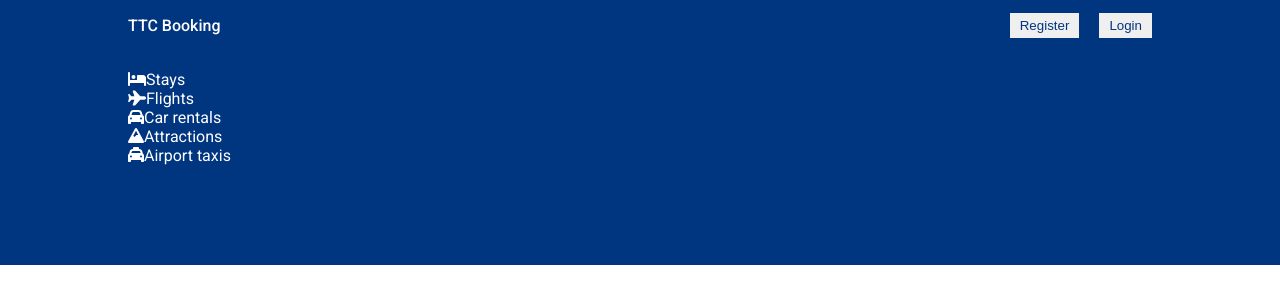
Repository: CarsonDev1/booking-app
Page: /
The author's editor kept a copy of each file at every save. The page is drawn from the files as they stood at one save, then again after the next save.
The browser window is 1280 px wide. The pictures show the whole page.
The project was rebuilt for these pictures with package versions that can differ from the ones it lists, and the page was loaded fresh each time. Also part of the build but not shown: src/pages/home/home.css, src/pages/hotel/Hotel.jsx, src/pages/list/List.jsx.

Above is the page before, as saved 2022-12-03 00:36:50.

### public/index.html
<!DOCTYPE html>
<html lang="en">

<head>
  <meta charset="utf-8" />
  <link rel="icon" href="%PUBLIC_URL%/favicon.ico" />
  <meta name="viewport" content="width=device-width, initial-scale=1" />
  <meta name="theme-color" content="#000000" />
  <meta name="description" content="Web site created using create-react-app" />
  <link rel="apple-touch-icon" href="%PUBLIC_URL%/logo192.png" />
  <!--
      manifest.json provides metadata used when your web app is installed on a
      user's mobile device or desktop. See https://developers.google.com/web/fundamentals/web-app-manifest/
    -->
  <link rel="manifest" href="%PUBLIC_URL%/manifest.json" />
  <link rel="preconnect" href="https://fonts.googleapis.com">
  <link rel="preconnect" href="https://fonts.gstatic.com" crossorigin>
  <link
    href="https://fonts.googleapis.com/css2?family=Poppins:ital,wght@0,400;0,500;0,600;0,700;0,800;1,400;1,500;1,600;1,700&family=Roboto:ital,wght@0,300;0,400;0,500;0,700;1,300;1,400;1,500;1,700&display=swap"
    rel="stylesheet">
  <!--
      Notice the use of %PUBLIC_URL% in the tags above.
      It will be replaced with the URL of the `public` folder during the build.
      Only files inside the `public` folder can be referenced from the HTML.

      Unlike "/favicon.ico" or "favicon.ico", "%PUBLIC_URL%/favicon.ico" will
      work correctly both with client-side routing and a non-root public URL.
      Learn how to configure a non-root public URL by running `npm run build`.
    -->
  <title>React App</title>
</head>

<body>
  <noscript>You need to enable JavaScript to run this app.</noscript>
  <div id="root"></div>
  <!--
      This HTML file is a template.
      If you open it directly in the browser, you will see an empty page.

      You can add webfonts, meta tags, or analytics to this file.
      The build step will place the bundled scripts into the <body> tag.

      To begin the development, run `npm start` or `yarn start`.
      To create a production bundle, use `npm run build` or `yarn build`.
    -->
</body>

</html>

### src/index.css
body {
	margin: 0;
	padding: 0;
	box-sizing: border-box;
	font-family: "Roboto", sans-serif;
}

### src/App.js
import { BrowserRouter, Routes, Route } from "react-router-dom";
import Home from "./pages/home/Home";
import Hotel from "./pages/hotel/Hotel";
import List from "./pages/list/List";
function App() {
	return (
		<BrowserRouter>
			<Routes>
				<Route path="/" element={<Home />} />
				<Route path="/hotels" element={<List />} />
				<Route path="/hotels/:id" element={<Hotel />} />
			</Routes>
		</BrowserRouter>
	);
}

export default App;

### src/pages/home/Home.jsx
import Header from "../../components/header/Header";
import Navbar from "../../components/navbar/Navbar";
import "./home.css";

const Home = () => {
	return (
		<div>
			<Navbar />
			<Header />
		</div>
	);
};

export default Home;

### src/components/header/Header.jsx
import {
	faBed,
	faCar,
	faMountain,
	faPlane,
	faTaxi,
} from "@fortawesome/free-solid-svg-icons";
import { FontAwesomeIcon } from "@fortawesome/react-fontawesome";
import "./header.css";

const Header = () => {
	return (
		<div className="header">
			<div className="headerContainer">
				<div className="headerList">
					<div className="headerListItem">
						<FontAwesomeIcon icon={faBed} />
						<span>Stays</span>
					</div>
					<div className="headerListItem">
						<FontAwesomeIcon icon={faPlane} />
						<span>Flights</span>
					</div>
					<div className="headerListItem">
						<FontAwesomeIcon icon={faCar} />
						<span>Car rentals</span>
					</div>
					<div className="headerListItem">
						<FontAwesomeIcon icon={faMountain} />
						<span>Attractions</span>
					</div>
					<div className="headerListItem">
						<FontAwesomeIcon icon={faTaxi} />
						<span>Airport taxis</span>
					</div>
				</div>
			</div>
		</div>
	);
};

export default Header;

### src/components/navbar/Navbar.jsx
import "./navbar.css";

const NavBar = () => {
	return (
		<div className="navbar">
			<div className="navContainer">
				<span className="logo">TTC Booking</span>
				<div className="navItems">
					<button className="navButton">Register</button>
					<button className="navButton">Login</button>
				</div>
			</div>
		</div>
	);
};

export default NavBar;

### src/components/header/header.css
.header {
	background-color: #003580;
	color: white;
	display: flex;
	justify-content: center;
}
.headerContainer {
	width: 100%;
	max-width: 1024px;
	margin: 20px 0px 100px 0px;
}

### src/components/navbar/navbar.css
.navbar {
	height: 50px;
	background-color: #003580;
	display: flex;
	justify-content: center;
}
.navContainer {
	width: 100%;
	max-width: 1024px;
	color: white;
	display: flex;
	align-items: center;
	justify-content: space-between;
}
.logo {
	font-weight: 500;
}
.navButton {
	margin-left: 20px;
	border: none;
	padding: 5px 10px;
	cursor: pointer;
	color: #003580;
}

Loaded but not shown: src/index.js (common file)

After the next save:
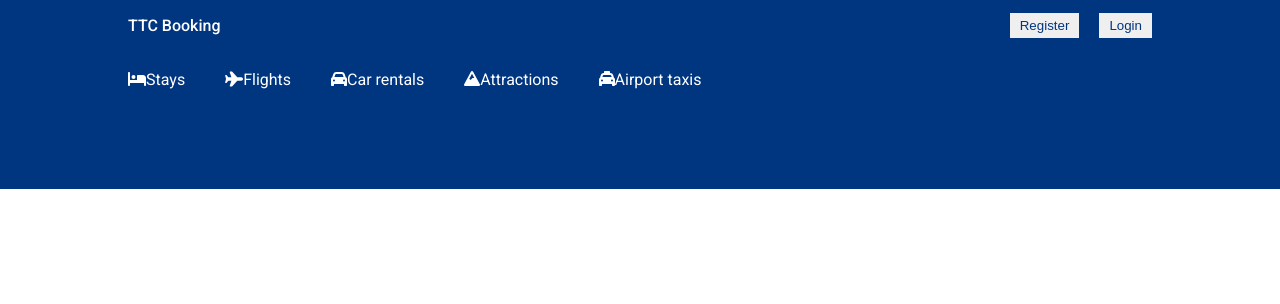
Saved 12 s later.
--- a/src/components/header/header.css
+++ b/src/components/header/header.css
@@ -9,3 +9,7 @@
 	max-width: 1024px;
 	margin: 20px 0px 100px 0px;
 }
+.headerList {
+	display: flex;
+	gap: 40px;
+}
